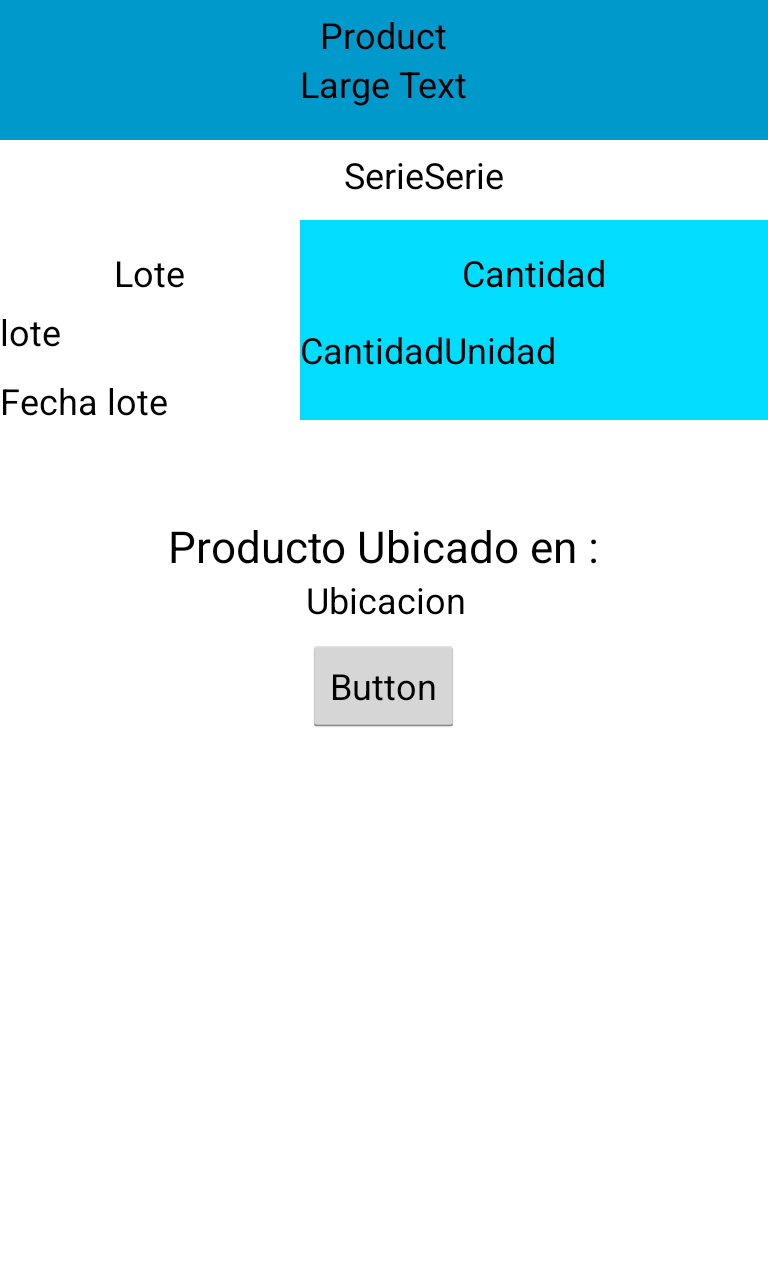
Repository: moynard/PeanutAndroid
Layout: WHSStorekeeper/res/layout/detail_picklist.xml
These files come from the project's save history. The layout is drawn as it stood at one moment and after the next save; the edit follows.
It is drawn on a 768 x 1280 px phone screen (xhdpi) without system bars, with theme AppTheme; the app's code is not run.

Above is the layout before, as saved 2013-07-24 05:02:44.

### WHSStorekeeper/res/layout/detail_picklist.xml
<?xml version="1.0" encoding="utf-8"?>
<RelativeLayout xmlns:android="http://schemas.android.com/apk/res/android"
    android:layout_width="match_parent"
    android:layout_height="match_parent"
    android:orientation="vertical" >

    <RelativeLayout
        android:id="@+id/relativeLayout1"
        android:layout_width="fill_parent"
        android:layout_height="70dp"
        android:layout_alignParentLeft="true"
        android:layout_alignParentTop="true"
        android:background="@android:color/holo_blue_dark" >

        <TextView
            android:id="@+id/lblProducto"
            android:layout_width="wrap_content"
            android:layout_height="wrap_content"
            android:layout_alignParentTop="true"
            android:layout_centerHorizontal="true"
            android:layout_marginTop="5dp"
            android:text="Product"
            android:textAppearance="?android:attr/textAppearanceMedium" />

        <TextView
            android:id="@+id/txtProducto"
            android:layout_width="wrap_content"
            android:layout_height="wrap_content"
            android:layout_below="@+id/lblProducto"
            android:layout_centerHorizontal="true"

            android:text="Large Text"
            android:textAppearance="?android:attr/textAppearanceMedium" />
    </RelativeLayout>

    <RelativeLayout
        android:id="@+id/layoutdetail"
        android:layout_width="fill_parent"
        android:layout_height="fill_parent"
        android:layout_below="@+id/relativeLayout1"
        >

        <RelativeLayout
            android:id="@+id/layoutSerie"
            android:layout_width="fill_parent"
            android:layout_height="40dp"
            android:layout_alignParentTop="true"
            >

              <TextView
            android:id="@+id/lblserie"
            android:layout_width="wrap_content"
            android:layout_height="wrap_content"
            android:layout_centerHorizontal="true"
            android:layout_marginTop="5dp"
            android:text="Serie"
            android:textAppearance="?android:attr/textAppearanceMedium" />
                <TextView
            android:id="@+id/txtSerie"
            android:layout_width="wrap_content"
            android:layout_height="wrap_content"
          	android:layout_toRightOf="@+id/lblserie"
            android:layout_marginTop="5dp"
            android:text="Serie"
            android:textAppearance="?android:attr/textAppearanceMedium" />
        </RelativeLayout>

        <RelativeLayout
            android:id="@+id/layoutCantidad"
            android:layout_toRightOf="@+id/layoutLote"
            android:layout_below="@+id/layoutSerie"
            android:layout_width="150dp"
            android:layout_height="100dp"
            android:layout_alignParentRight="true"
          	android:background="@android:color/holo_blue_bright"
          >

            <TextView
                android:id="@+id/lblCantidad"
                android:layout_width="wrap_content"
                android:layout_height="wrap_content"
                android:layout_alignParentTop="true"
                android:layout_centerHorizontal="true"
                android:layout_marginTop="14dp"
                android:text="Cantidad"
                android:textAppearance="?android:attr/textAppearanceMedium" />
            <TextView
                android:id="@+id/txtCantidad"
                android:layout_width="wrap_content"
                android:layout_height="wrap_content"
                android:layout_below="@+id/lblCantidad"
                android:layout_marginTop="14dp"
                android:text="Cantidad"
                android:textAppearance="?android:attr/textAppearanceMedium" />
            <TextView
                android:id="@+id/txtUnidad"
                android:layout_width="wrap_content"
                android:layout_height="wrap_content"
                android:layout_below="@+id/lblCantidad"
                android:layout_toRightOf="@+id/txtCantidad"
                android:layout_marginTop="14dp"
                android:text="Unidad"
                android:textAppearance="?android:attr/textAppearanceMedium" />

        </RelativeLayout>

        <RelativeLayout
            android:id="@+id/layoutLote"
            android:layout_below="@+id/layoutSerie"

            android:layout_width="150dp"
            android:layout_height="100dp"
            android:layout_alignParentLeft="true"
          >
             <TextView
                android:id="@+id/lbLote"
                android:layout_width="wrap_content"
                android:layout_height="wrap_content"
                android:layout_alignParentTop="true"
                android:layout_centerHorizontal="true"
                android:layout_marginTop="14dp"
                android:text="Lote"
                android:textAppearance="?android:attr/textAppearanceMedium" />
            <TextView
                android:id="@+id/txtlote"
                android:layout_width="wrap_content"
                android:layout_height="wrap_content"
                android:layout_below="@+id/lbLote"
                android:layout_marginTop="5dp"
                android:text="lote"
                android:textAppearance="?android:attr/textAppearanceMedium" />
             <TextView
                android:id="@+id/txtFecalote"
                android:layout_width="wrap_content"
                android:layout_height="wrap_content"
                android:layout_below="@+id/txtlote"
                android:layout_marginTop="10dp"
                android:text="Fecha lote"
                android:textAppearance="?android:attr/textAppearanceMedium" />

        </RelativeLayout>

        <RelativeLayout
            android:id="@+id/layoutinfo"
            android:layout_width="fill_parent"
            android:layout_height="fill_parent"

            android:layout_below="@+id/layoutLote"

             >





             <RelativeLayout
                 android:id="@+id/layoutAutocomplete"
                 android:layout_width="fill_parent"
                 android:layout_height="fill_parent"
                  android:layout_alignParentLeft="true"
                 android:layout_alignParentTop="true"
                 android:layout_marginTop="30dp"
                 >

                  <Button
                      android:id="@+id/sendUbicacion"
                      android:layout_width="wrap_content"
                      android:layout_height="wrap_content"
                      android:layout_centerHorizontal="true"
                      android:layout_marginTop="79dp"
                      android:text="Button" />

                  <TextView
                      android:id="@+id/lblUbicacion"
                      android:layout_width="wrap_content"
                      android:layout_height="wrap_content"
                      android:layout_alignParentTop="true"
                      android:layout_centerHorizontal="true"
                      android:layout_marginTop="18dp"
                      android:text="Producto Ubicado en :"
                      android:textAppearance="?android:attr/textAppearanceLarge" />

                  <TextView
                      android:id="@+id/txtUbicacion"
                      android:layout_width="wrap_content"
                      android:layout_height="wrap_content"
                      android:layout_alignLeft="@+id/sendUbicacion"
                      android:layout_below="@+id/lblUbicacion"
                      android:text="Ubicacion"
                      android:textAppearance="?android:attr/textAppearanceMedium" />

             </RelativeLayout>

        </RelativeLayout>

    </RelativeLayout>

</RelativeLayout>

Loaded but not shown: WHSStorekeeper/res/values/styles.xml (common file); WHSStorekeeper/res/values-v11/styles.xml (common file); WHSStorekeeper/res/values-v14/styles.xml (common file)

After the next save:
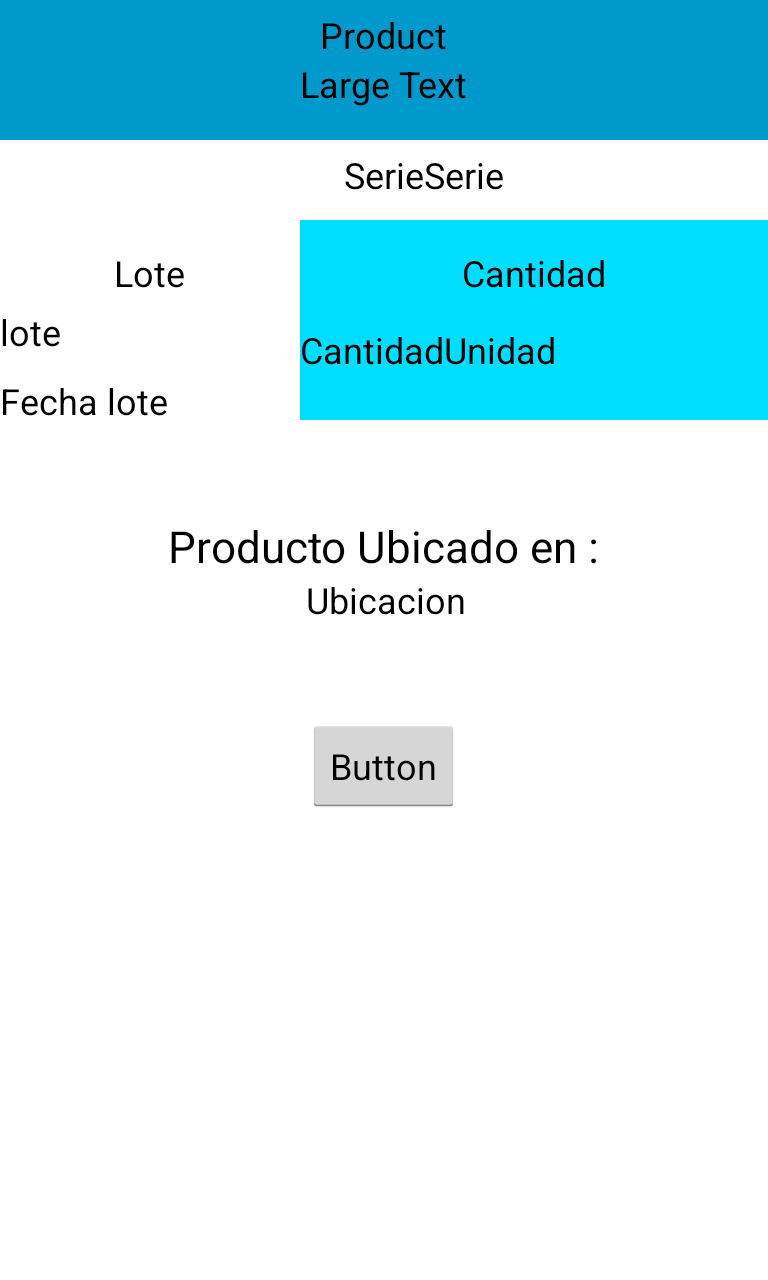
Saved 19 s later.
--- a/WHSStorekeeper/res/layout/detail_picklist.xml
+++ b/WHSStorekeeper/res/layout/detail_picklist.xml
@@ -162,14 +162,6 @@
                  android:layout_marginTop="30dp"
                  >
 
-                  <Button
-                      android:id="@+id/sendUbicacion"
-                      android:layout_width="wrap_content"
-                      android:layout_height="wrap_content"
-                      android:layout_centerHorizontal="true"
-                      android:layout_marginTop="79dp"
-                      android:text="Button" />
-
                   <TextView
                       android:id="@+id/lblUbicacion"
                       android:layout_width="wrap_content"
@@ -189,6 +181,15 @@
                       android:text="Ubicacion"
                       android:textAppearance="?android:attr/textAppearanceMedium" />
 
+                  <Button
+                      android:id="@+id/sendUbicacion"
+                      android:layout_width="wrap_content"
+                      android:layout_height="wrap_content"
+                      android:layout_below="@+id/txtUbicacion"
+                      android:layout_centerHorizontal="true"
+                      android:layout_marginTop="47dp"
+                      android:text="Button" />
+
              </RelativeLayout>
 
         </RelativeLayout>
